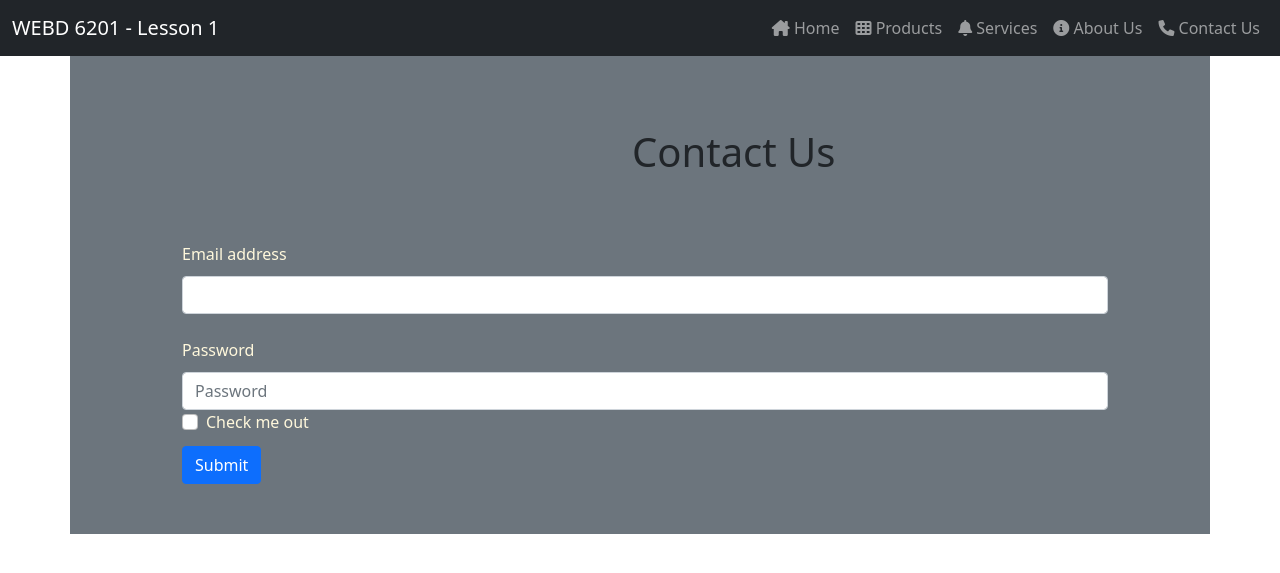
Repository: devanshudave1901/DevanshuDave_AngaranYogeswaranLab2
Page: contact.html
These files come from the project's save history. The page is drawn as it stood at one moment and after the next save; the edit follows.
The browser window is 1280 px wide. The pictures show the whole page.

Above is the page before, as saved 2022-02-10 12:24:01.

After the next save:
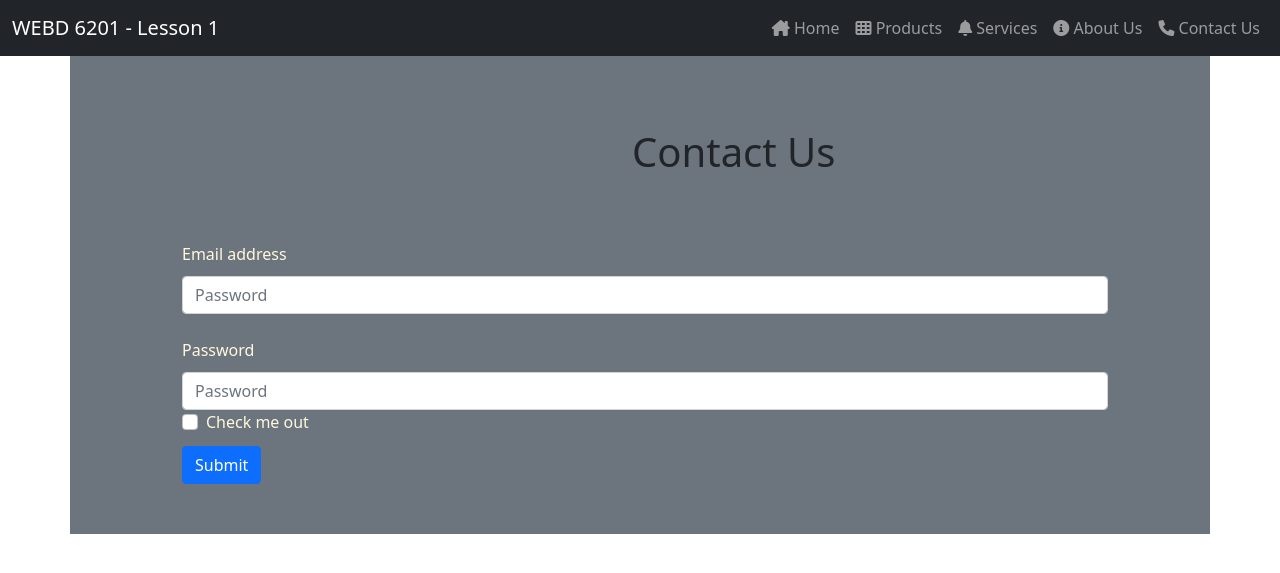
Saved 21 s later.
--- a/contact.html
+++ b/contact.html
@@ -73,7 +73,12 @@
       <form id="Contactform">
         <div class="form-group">
           <label for="exampleInputEmail1"> Email address</label>
-          <input type="email" class="form-control" id="exampleInputEmail1" />
+          <input
+            type="email"
+            class="form-control"
+            id="exampleInputEmail1"
+            placeholder="Password"
+          />
         </div>
         <br />
         <div class="form-group">
